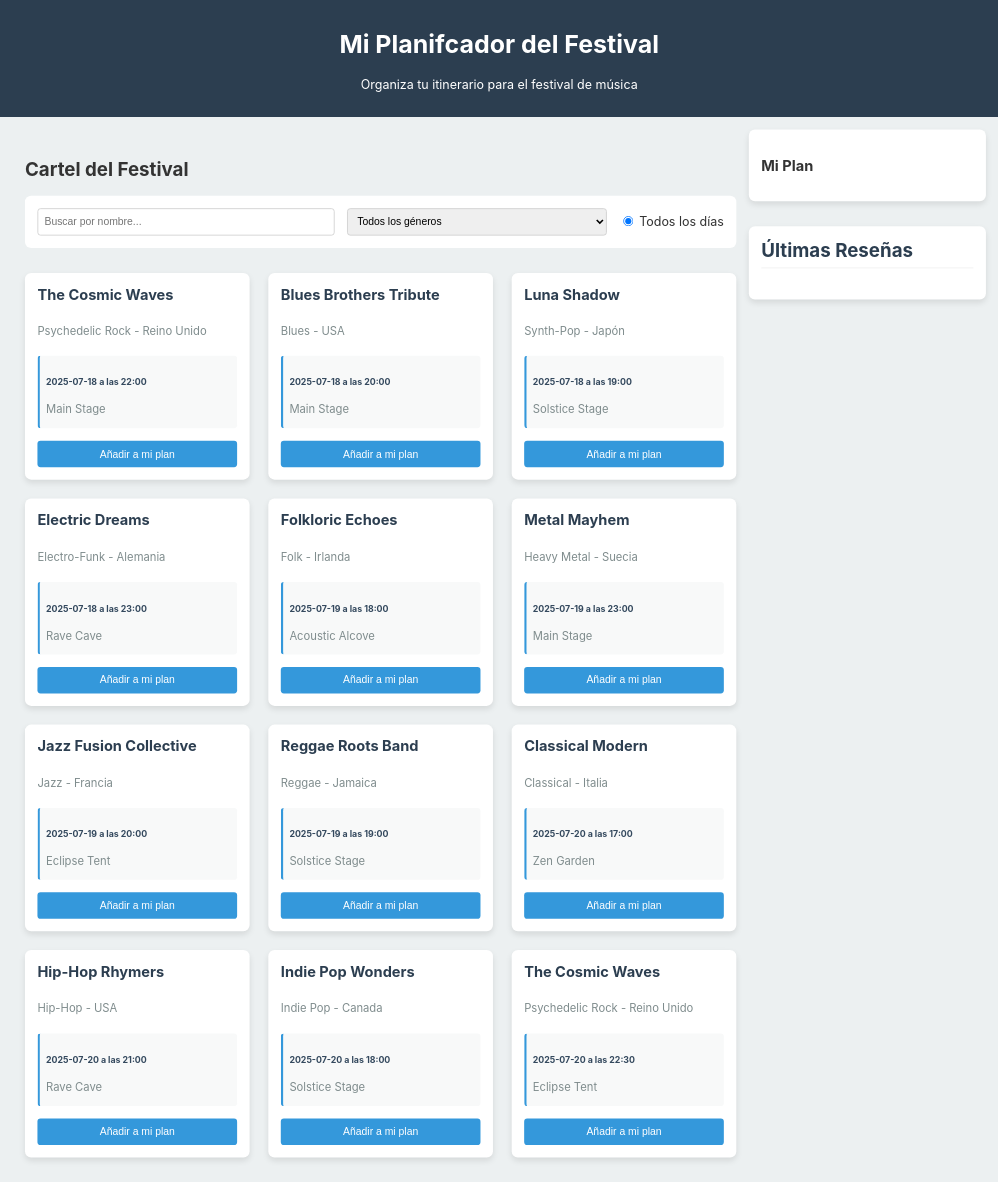
Repository: rotoforze/DWEC
Page: 2_examen_alexBernardos/index.html
An editor plug-in stored every save of this project. The page is shown before and after the next save, followed by the edit.
The browser window is 1280 px wide. The pictures show the whole page, at 78% of full size.

Above is the page before, as saved 2025-12-12 11:36:15.

### 2_examen_alexBernardos/index.html
<!DOCTYPE html>
<html lang="es">
<head>
    <meta charset="UTF-8">
    <meta name="viewport" content="width=device-width, initial-scale=1.0">
    <title>Festival</title>
    <link rel="stylesheet" href="css/style.css">
</head>
<body>
    <!-- Encabezado principal de la aplicación -->
    <header>
        <h1>Mi Planifcador del Festival</h1>
        <p>Organiza tu itinerario para el festival de música</p>
    </header>

    <!-- Contenedor principal de la aplicación: organiza el dashboard y la columna derecha -->
    <div class="container">
        <!-- Sección principal del dashboard: muestra el cartel del festival y los filtros -->
        <main id="dashboard">
            <h2>Cartel del Festival</h2>
            <!-- Formulario de filtros para buscar y categorizar artistas -->
            <form id="filter-form">
                <input type="text" id="search-name" placeholder="Buscar por nombre...">
                <select id="filter-genre">
                    <option value="">Todos los géneros</option>
                    <!-- Las opciones de género se cargarán aquí dinámicamente mediante JavaScript -->
                </select>
                <div id="filter-day" class="radio-group">
                    <label><input type="radio" name="day" value="" checked> Todos los días</label>
                    <!-- Las opciones de día se cargarán aquí dinámicamente mediante JavaScript -->
                </div>
            </form>
            <!-- Contenedor donde se mostrarán las tarjetas de los artistas filtrados -->
            <div id="artist-list" class="grid-container">
                <!-- Las tarjetas de artistas se insertarán aquí por JavaScript -->
            </div>
        </main>

        <!-- Columna lateral derecha: contiene el plan del usuario y las reseñas -->
        <div class="right-column">
            <!-- Sección para el plan personalizado del usuario -->
            <aside id="my-plan-container">
                <h3>Mi Plan</h3>
                <!-- Lista donde se añadirán las actuaciones seleccionadas por el usuario -->
                <ul id="plan-list">
                    <!-- Las actuaciones añadidas aparecerán aquí por JavaScript -->
                </ul>
            </aside>
            <!-- Sección para mostrar las reseñas de los artistas -->
            <section id="reviews-section">
                <h2>Últimas Reseñas</h2>
                <!-- Contenedor donde se mostrarán las tarjetas de las reseñas -->
                <div id="reviews-list">
                    <!-- Las reseñas se insertarán aquí por JavaScript -->
                </div>
            </section>
        </div>
    </div>

    <!-- Modal para el formulario de reseña (inicialmente oculto) -->
    <div id="review-modal" class="modal-overlay" style="display: none;">
        <div class="modal-content">
            <button class="close-modal">&times;</button>
            <h3 id="modal-artist-name">Dejar reseña para...</h3>
            <!-- Formulario de reseña del artista. La validación se realiza en el cliente. -->
            <form id="review-form" novalidate>
                <div class="form-group">
                    <label>Calificación:</label>
                    <div class="star-rating">
                        <!-- Campos de radio para la calificación por estrellas (5 a 1) -->
                        <input type="radio" id="star5" name="rating" value="5" required><label for="star5" title="5 stars">★</label>
                        <input type="radio" id="star4" name="rating" value="4"><label for="star4" title="4 stars">★</label>
                        <input type="radio" id="star3" name="rating" value="3"><label for="star3" title="3 stars">★</label>
                        <input type="radio" id="star2" name="rating" value="2"><label for="star2" title="2 stars">★</label>
                        <input type="radio" id="star1" name="rating" value="1"><label for="star1" title="1 star">★</label>
                    </div>
                    <span class="error-message"></span>
                </div>
                <div class="form-group">
                    <label for="comment">Comentario:</label>
                    <textarea id="comment" name="comment" rows="4" minlength="15" required></textarea>
                    <span class="error-message"></span>
                </div>
                <div class="form-group">
                    <label for="email">Email:</label>
                    <input type="email" id="email" name="email" required>
                    <span class="error-message"></span>
                </div>
                <button type="submit">Enviar Reseña</button>
            </form>
        </div>
    </div>


    <!-- Mensaje de éxito temporal para confirmaciones de usuario (inicialmente oculto) -->
    <div id="success-message" class="success-message" style="display: none;"></div>

    <!-- Enlace al archivo JavaScript principal de la aplicación.
         El atributo 'type="module"' permite usar importaciones y exportaciones de módulos. -->
    <script src="js/main.js" type="module"></script>
</body>
</html>

### 2_examen_alexBernardos/css/style.css
/* --- GENERALES Y LAYOUT --- */
/* Este bloque define variables globales (--variable) para la paleta de colores y estilos reutilizables.
   También establece los estilos base para la página, como la fuente y la maquetación principal de dos columnas usando Flexbox. */
:root {
    --primary-color: #2c3e50;
    --secondary-color: #3498db;
    --background-color: #ecf0f1;
    --card-bg-color: #ffffff;
    --text-color: #333;
    --error-color: #e74c3c;
    --success-color: #2ecc71;
    --star-color: #f1c40f;
    --border-radius: 8px;
    --box-shadow: 0 4px 8px rgba(0, 0, 0, 0.1);
}

body {
    font-family: -apple-system, BlinkMacSystemFont, "Segoe UI", Roboto, Helvetica, Arial, sans-serif;
    margin: 0;
    background-color: var(--background-color);
    color: var(--text-color);
}

header {
    background-color: var(--primary-color);
    color: white;
    padding: 1rem 2rem;
    text-align: center;
}

.container {
    display: flex;
    flex-wrap: wrap;
    padding: 1rem;
}

main#dashboard {
    flex: 3;
    min-width: 300px;
    padding: 1rem;
}

.right-column {
    flex: 1;
    min-width: 300px;
    display: flex;
    flex-direction: column;
    gap: 2rem;
}

aside#my-plan-container {
    background-color: var(--card-bg-color);
    padding: 1rem;
    border-radius: var(--border-radius);
    box-shadow: var(--box-shadow);
}

/* --- FORMULARIO DE FILTROS --- */
/* Estilos para el formulario que permite al usuario buscar y filtrar artistas. */
#filter-form {
    display: flex;
    flex-wrap: wrap;
    gap: 1rem;
    margin-bottom: 2rem;
    background-color: var(--card-bg-color);
    padding: 1rem;
    border-radius: var(--border-radius);
}

#filter-form input[type="text"],
#filter-form select {
    padding: 0.5rem;
    border: 1px solid #ccc;
    border-radius: 4px;
    flex-grow: 1;
}

.radio-group {
    display: flex;
    gap: 1rem;
    align-items: center;
}

/* --- TARJETAS DE ARTISTAS --- */
/* Define el layout de parrilla para las tarjetas de artistas y el estilo de cada tarjeta individual,
   incluyendo efectos visuales como sombras y animaciones al pasar el ratón. */
.grid-container {
    display: grid;
    grid-template-columns: repeat(auto-fill, minmax(220px, 1fr));
    gap: 1.5rem;
}

.artist-card {
    background: var(--card-bg-color);
    border-radius: var(--border-radius);
    box-shadow: var(--box-shadow);
    padding: 1rem;
    transition: transform 0.2s, box-shadow 0.2s;
    display: flex;
    flex-direction: column;
}

.artist-card:hover {
    transform: translateY(-5px);
    box-shadow: 0 8px 16px rgba(0, 0, 0, 0.15);
}

.artist-card h3 {
    margin-top: 0;
    color: var(--primary-color);
}

.artist-card p {
    font-size: 0.9rem;
    color: #7f8c8d;
    margin: 0.5rem 0;
}

.card-schedule-info {
    font-size: 0.85rem;
    color: #34495e;
    background-color: #f8f9f9;
    padding: 0.5rem;
    border-radius: 4px;
    margin: 1rem 0;
    border-left: 3px solid var(--secondary-color);
}

.card-schedule-info span {
    display: block;
}

.card-schedule-info span:first-child {
    font-weight: bold;
}

.artist-card button {
    background-color: var(--secondary-color);
    color: white;
    border: none;
    padding: 0.6rem 1rem;
    border-radius: 4px;
    cursor: pointer;
    width: 100%;
    margin-top: auto; /* Empuja el botón al final */
    transition: background-color 0.2s;
}

.artist-card button:hover {
    background-color: #2980b9;
}

/* --- SECCIÓN "MI PLAN" --- */
/* Estilos para la lista de actuaciones que el usuario ha seleccionado.
   Incluye el estilo de cada elemento de la lista y sus botones de acción (Eliminar, Dejar reseña). */
#plan-list {
    list-style-type: none;
    padding: 0;
    margin: 0;
}

#plan-list li {
    background-color: #f9f9f9;
    padding: 0.8rem;
    margin-bottom: 0.8rem;
    border-radius: 4px;
    border-left: 5px solid var(--secondary-color);
    position: relative;
}

#plan-list .plan-item-info strong {
    display: block;
    color: var(--primary-color);
}

#plan-list .plan-item-info span {
    font-size: 0.85rem;
    color: #7f8c8d;
}

#plan-list .plan-item-actions {
    margin-top: 0.5rem;
    display: flex;
    gap: 0.5rem;
}

.plan-item-actions button {
    font-size: 0.75rem;
    padding: 0.3rem 0.6rem;
    border-radius: 3px;
    cursor: pointer;
    border: 1px solid;
}

.btn-delete {
    border-color: var(--error-color);
    color: var(--error-color);
    background: transparent;
}
.btn-review {
    border-color: var(--secondary-color);
    color: var(--secondary-color);
    background: transparent;
}
.btn-review:disabled {
    border-color: #ccc;
    color: #ccc;
    cursor: not-allowed;
}


/* --- MODAL --- */
/* Estilos para la ventana modal que aparece superpuesta.
   Define la capa de fondo oscura y el contenedor del contenido del modal. */
.modal-overlay {
    position: fixed;
    top: 0;
    left: 0;
    width: 100%;
    height: 100%;
    background-color: rgba(0, 0, 0, 0.6);
    display: flex;
    justify-content: center;
    align-items: center;
    z-index: 1000;
}

.modal-content {
    background: white;
    padding: 2rem;
    border-radius: var(--border-radius);
    width: 90%;
    max-width: 500px;
    position: relative;
}

.close-modal {
    position: absolute;
    top: 1rem;
    right: 1rem;
    background: none;
    border: none;
    font-size: 1.5rem;
    cursor: pointer;
}

/* --- FORMULARIO DE RESEÑA --- */
/* Define los estilos para el formulario dentro del modal, incluyendo los campos de entrada,
   los mensajes de error de validación y el sistema de calificación por estrellas. */
#review-form .form-group {
    margin-bottom: 1rem;
}

#review-form label {
    display: block;
    margin-bottom: 0.3rem;
}

#review-form input,
#review-form textarea {
    width: 100%;
    padding: 0.5rem;
    border: 1px solid #ccc;
    border-radius: 4px;
    box-sizing: border-box;
}

#review-form button {
    background-color: var(--success-color);
    color: white;
    padding: 0.7rem 1.5rem;
    border: none;
    border-radius: 4px;
    cursor: pointer;
}
.error-message {
    color: var(--error-color);
    font-size: 0.8rem;
    height: 1rem;
    display: block;
}
input:invalid, textarea:invalid {
    border-color: var(--error-color);
}

/* Star Rating: Implementación de calificación por estrellas con inputs de radio y CSS. */
.star-rating {
    display: flex;
    flex-direction: row-reverse;
    justify-content: flex-end;
}

.star-rating input[type="radio"] {
    display: none;
}

.star-rating label {
    color: #ccc;
    cursor: pointer;
    font-size: 2rem;
    margin: 0;
}

.star-rating input[type="radio"]:checked ~ label,
.star-rating label:hover,
.star-rating label:hover ~ label {
    color: var(--star-color);
}

/* --- MENSAJE DE ÉXITO --- */
/* Estilos para la notificación flotante que aparece tras enviar una reseña. */
.success-message {
    position: fixed;
    bottom: 20px;
    left: 50%;
    transform: translateX(-50%);
    background-color: var(--success-color);
    color: white;
    padding: 1rem 2rem;
    border-radius: var(--border-radius);
    z-index: 1001;
    box-shadow: var(--box-shadow);
}


/* --- SECCIÓN DE RESEÑAS --- */
/* Estilos para la sección que muestra las reseñas enviadas y el formato de cada tarjeta de reseña. */
#reviews-section {
    background-color: var(--card-bg-color);
    padding: 1rem;
    border-radius: var(--border-radius);
    box-shadow: var(--box-shadow);
}

#reviews-section h2 {
    text-align: left;
    margin-top: 0;
    margin-bottom: 1.5rem;
    padding-bottom: 0.5rem;
    border-bottom: 1px solid #eee;
    color: var(--primary-color);
}

#reviews-list {
    display: flex;
    flex-direction: column;
    gap: 1rem;
}

.review-card {
    background: #f9f9f9;
    border-radius: var(--border-radius);
    padding: 1rem;
    display: flex;
    flex-direction: column;
    border-left: 5px solid var(--secondary-color);
}

.review-card h4 {
    margin: 0 0 0.5rem 0;
    color: var(--primary-color);
}

.review-card-rating {
    color: var(--star-color);
    font-size: 1.2rem;
    margin-bottom: 1rem;
}

.review-card-comment {
    font-style: italic;
    color: #555;
    margin: 0;
}


/* --- RESPONSIVE --- */
/* Contiene las Media Queries para adaptar el diseño a diferentes tamaños de pantalla,
   como apilar las columnas en dispositivos móviles. */
@media (max-width: 992px) {
    .container {
        flex-direction: column;
    }
    .right-column {
        margin-top: 2rem;
        gap: 2rem;
    }
}

### 2_examen_alexBernardos/js/main.js
// js/main.js

import { cargarDatos } from "./dataManager.js";

function init(){
    // iniciamos la app
    console.log('%c Iniciando...', "color:green;");

    cargarDatos();

}


document.addEventListener('DOMContentLoaded', init);

### 2_examen_alexBernardos/js/dataManager.js
import { renderTarjetas } from "./renderer.js";

let horarios;
let artistas;
let escenarios;
let generos = [];


export async function cargarDatos() {

    console.log('%c Cargando datos de horarios.json, artistas.json, escenarios.json.', 'color:blue;');
    // guardo los horarios
    horarios = await fetchRute("./data/horarios.json");
    // guardo los artistas
    artistas = await fetchRute("./data/artistas.json");
    // guardo los escenarios
    escenarios = await fetchRute("./data/escenarios.json");
    console.log('%c Datos de horarios.json, artistas.json, escenarios.json, cargados correctamente.', 'color:blue;');

    sacarGeneros();
    ponerGenerosEnSelect();
    renderTarjetas(horarios);
}

/**
 * Saca los generos de los artistas y los mete en un array
 * no admite duplicados
 */
function sacarGeneros() {
    for (const artista of artistas) {
        if (!generos.includes(artista.genero)) {
            generos.push(artista.genero);
        }
    }
}

/**
 * Pone los generos en el select.
 */
function ponerGenerosEnSelect() {
    const listaGeneros = document.querySelector('#filter-genre');
    generos.map((genero, clave) => {
        listaGeneros.innerHTML += (`
            <option value="${clave}">${genero}</option>
            `);
    })
}

/**
 * Recibe un id de un artista y devuelve el objeto correspondiente
 *
 * @param {String} id
 * @returns {object}
 */
export function getArtista(id) {
    for (const artista of artistas) {
        if (artista.id == id) {
            return artista;
        }
    }
}

/**
 * Recibe un id de un escenario y devuelve el objeto correspondiente
 *
 * @param {String} id
 * @returns {object}
 */
export function getEscenario(id) {
    for (const escenario of escenarios) {
        if (escenario.id == id) {
            return escenario;
        }
    }
}

/**
 * Recibe una ruta, usando una promesa, hace un fetch y devuelve su resultado.
 *
 * @param {File} rute
 */
async function fetchRute(rute) {
    return new Promise((resolve, reject) =>
        fetch(rute)
            .then(resp => resp.json())
            .then((data) => resolve(data))
            .catch((error) => reject(error)));
}

### 2_examen_alexBernardos/js/renderer.js
import { getArtista, getEscenario } from "./dataManager.js";

export function renderTarjetas(horarios) {
    const contenedor = document.querySelector("#artist-list");
    contenedor.innerHTML = "";
    for (const horario of horarios) {
        contenedor.innerHTML += nuevaTarjeta(horario.artistaId, horario.dia,
                                    horario.horaInicio, horario.escenarioId);
    }
}

function nuevaTarjeta(artistaId, dia, horaInicio, escenarioId) {
    return (`
        <div class="artist-card">
            <h3>${getArtista(artistaId).nombre}</h3>
            <p>${getArtista(artistaId).genero} - ${getArtista(artistaId).pais}</p>
            <div class="card-schedule-info">
                <h5>${dia} a las ${horaInicio}</h5>
                <p>${getEscenario(escenarioId).nombre}</p>
            </div>
            <button>Añadir a mi plan</button>
        </div>
        `)
}

### 2_examen_alexBernardos/data/horarios.json
[
  {
    "artistaId": "a1",
    "escenarioId": "e6",
    "dia": "2025-07-18",
    "horaInicio": "22:00",
    "duracion": 90
  },
  {
    "artistaId": "a3",
    "escenarioId": "e6",
    "dia": "2025-07-18",
    "horaInicio": "20:00",
    "duracion": 90
  },
  {
    "artistaId": "a2",
    "escenarioId": "e1",
    "dia": "2025-07-18",
    "horaInicio": "19:00",
    "duracion": 60
  },
  {
    "artistaId": "a4",
    "escenarioId": "e4",
    "dia": "2025-07-18",
    "horaInicio": "23:00",
    "duracion": 75
  },
  {
    "artistaId": "a5",
    "escenarioId": "e5",
    "dia": "2025-07-19",
    "horaInicio": "18:00",
    "duracion": 60
  },
  {
    "artistaId": "a6",
    "escenarioId": "e6",
    "dia": "2025-07-19",
    "horaInicio": "23:00",
    "duracion": 120
  },
  {
    "artistaId": "a7",
    "escenarioId": "e2",
    "dia": "2025-07-19",
    "horaInicio": "20:00",
    "duracion": 90
  },
  {
    "artistaId": "a8",
    "escenarioId": "e1",
    "dia": "2025-07-19",
    "horaInicio": "19:00",
    "duracion": 75
  },
  {
    "artistaId": "a9",
    "escenarioId": "e3",
    "dia": "2025-07-20",
    "horaInicio": "17:00",
    "duracion": 60
  },
  {
    "artistaId": "a10",
    "escenarioId": "e4",
    "dia": "2025-07-20",
    "horaInicio": "21:00",
    "duracion": 90
  },
  {
    "artistaId": "a11",
    "escenarioId": "e1",
    "dia": "2025-07-20",
    "horaInicio": "18:00",
    "duracion": 75
  },
  {
    "artistaId": "a1",
    "escenarioId": "e2",
    "dia": "2025-07-20",
    "horaInicio": "22:30",
    "duracion": 90
  }
]

### 2_examen_alexBernardos/data/artistas.json
[
  {
    "id": "a1",
    "nombre": "The Cosmic Waves",
    "genero": "Psychedelic Rock",
    "pais": "Reino Unido",
    "miembros": ["Alex", "Zoe", "Sam", "Leo"],
    "fansEstimados": 12000
  },
  {
    "id": "a2",
    "nombre": "Luna Shadow",
    "genero": "Synth-Pop",
    "pais": "Japón",
    "miembros": ["Yuki"],
    "fansEstimados": 8000
  },
  {
    "id": "a3",
    "nombre": "Blues Brothers Tribute",
    "genero": "Blues",
    "pais": "USA",
    "miembros": ["Jake", "Elwood"],
    "fansEstimados": 15000
  },
  {
    "id": "a4",
    "nombre": "Electric Dreams",
    "genero": "Electro-Funk",
    "pais": "Alemania",
    "miembros": ["DJ Spark", "BassBot"],
    "fansEstimados": 9500
  },
  {
    "id": "a5",
    "nombre": "Folkloric Echoes",
    "genero": "Folk",
    "pais": "Irlanda",
    "miembros": ["Fiona", "Liam", "Aoife"],
    "fansEstimados": 7000
  },
  {
    "id": "a6",
    "nombre": "Metal Mayhem",
    "genero": "Heavy Metal",
    "pais": "Suecia",
    "miembros": ["Thor", "Odin", "Loki"],
    "fansEstimados": 18000
  },
  {
    "id": "a7",
    "nombre": "Jazz Fusion Collective",
    "genero": "Jazz",
    "pais": "Francia",
    "miembros": ["Pierre", "Marie", "Louis"],
    "fansEstimados": 6000
  },
  {
    "id": "a8",
    "nombre": "Reggae Roots Band",
    "genero": "Reggae",
    "pais": "Jamaica",
    "miembros": ["Rasta Joe", "Mama Earth"],
    "fansEstimados": 11000
  },
  {
    "id": "a9",
    "nombre": "Classical Modern",
    "genero": "Classical",
    "pais": "Italia",
    "miembros": ["Maestro Carlo"],
    "fansEstimados": 4000
  },
  {
    "id": "a10",
    "nombre": "Hip-Hop Rhymers",
    "genero": "Hip-Hop",
    "pais": "USA",
    "miembros": ["MC Flow", "Beat Master"],
    "fansEstimados": 13000
  },
  {
    "id": "a11",
    "nombre": "Indie Pop Wonders",
    "genero": "Indie Pop",
    "pais": "Canada",
    "miembros": ["Chloe", "Finn"],
    "fansEstimados": 8500
  }
]

### 2_examen_alexBernardos/data/escenarios.json
[
  {
    "id": "e1",
    "nombre": "Solstice Stage",
    "capacidad": 15000,
    "ubicacion": "Zona Norte"
  },
  {
    "id": "e2",
    "nombre": "Eclipse Tent",
    "capacidad": 5000,
    "ubicacion": "Zona Oeste"
  },
  {
    "id": "e3",
    "nombre": "Zen Garden",
    "capacidad": 3000,
    "ubicacion": "Zona Sur"
  },
  {
    "id": "e4",
    "nombre": "Rave Cave",
    "capacidad": 7000,
    "ubicacion": "Zona Este"
  },
  {
    "id": "e5",
    "nombre": "Acoustic Alcove",
    "capacidad": 1000,
    "ubicacion": "Centro"
  },
  {
    "id": "e6",
    "nombre": "Main Stage",
    "capacidad": 20000,
    "ubicacion": "Entrada Principal"
  },
  {
    "id": "e7",
    "nombre": "Chill Zone",
    "capacidad": 2000,
    "ubicacion": "Junto al Lago"
  },
  {
    "id": "e8",
    "nombre": "Groove Ground",
    "capacidad": 6000,
    "ubicacion": "Área de Comida"
  },
  {
    "id": "e9",
    "nombre": "Tech Temple",
    "capacidad": 4000,
    "ubicacion": "Bosque"
  },
  {
    "id": "e10",
    "nombre": "Vibe Village",
    "capacidad": 2500,
    "ubicacion": "Campamento"
  }
]

After the next save:
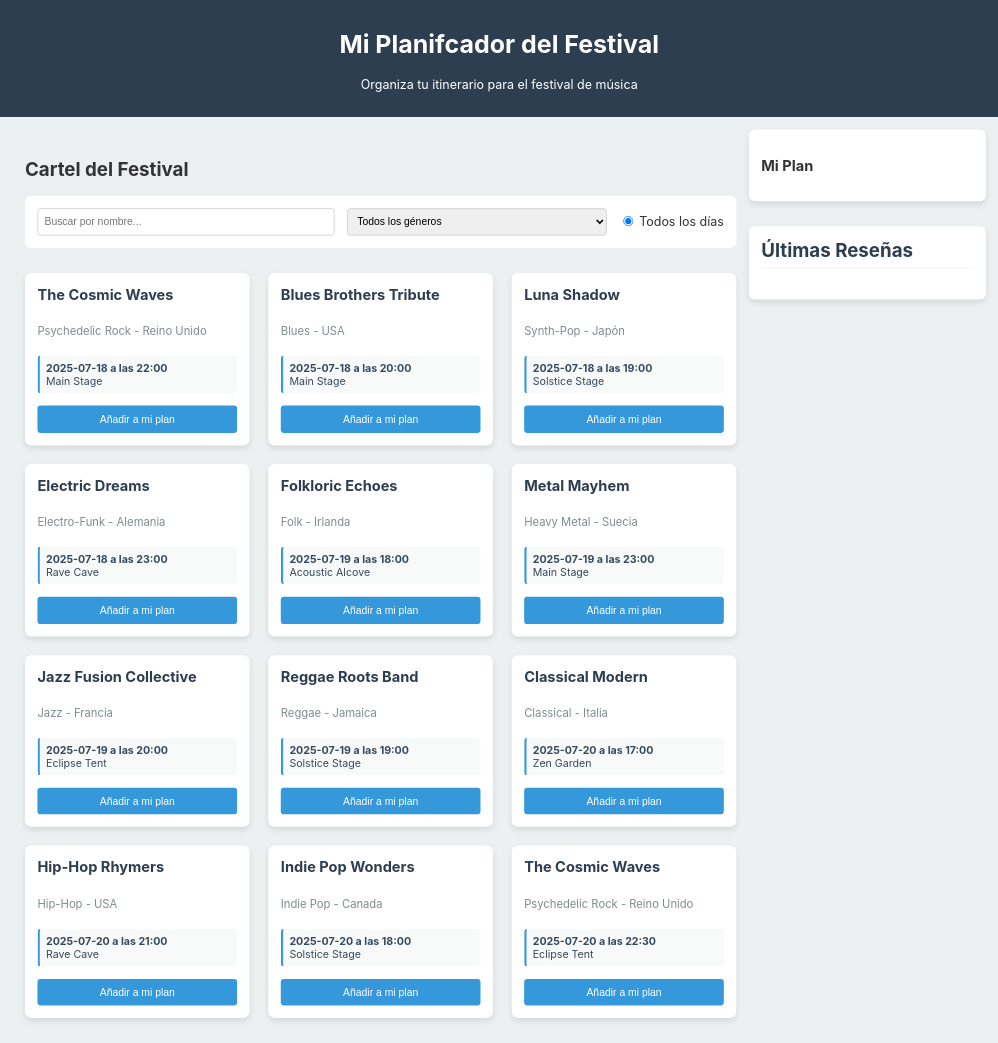
Saved 20 s later.
--- a/2_examen_alexBernardos/js/renderer.js
+++ b/2_examen_alexBernardos/js/renderer.js
@@ -15,8 +15,8 @@ function nuevaTarjeta(artistaId, dia, horaInicio, escenarioId) {
             <h3>${getArtista(artistaId).nombre}</h3>
             <p>${getArtista(artistaId).genero} - ${getArtista(artistaId).pais}</p>
             <div class="card-schedule-info">
-                <h5>${dia} a las ${horaInicio}</h5>
-                <p>${getEscenario(escenarioId).nombre}</p>
+                <span>${dia} a las ${horaInicio}</span>
+                <span>${getEscenario(escenarioId).nombre}</span>
             </div>
             <button>Añadir a mi plan</button>
         </div>
